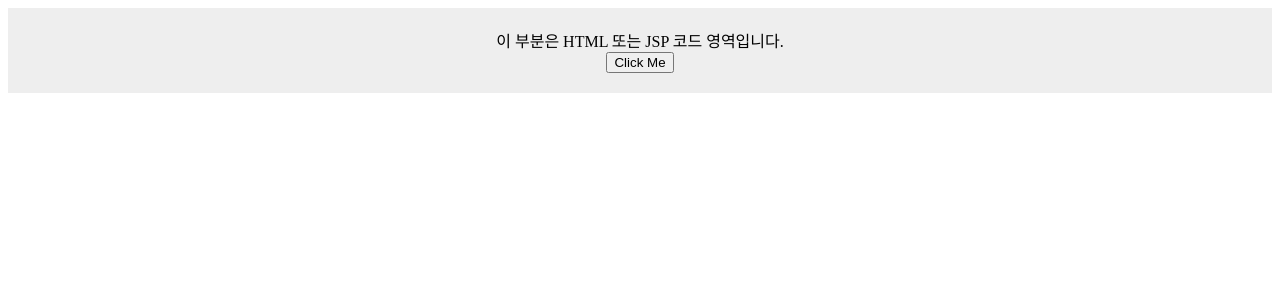
Repository: klic-corp/jsp-react-sample
Page: react/index.html
These files come from the project's save history. The page is drawn as it stood at one moment and after the next save; the edit follows.
The browser window is 1280 px wide. The pictures show the whole page.

Above is the page before, as saved 2025-06-17 15:18:50.
Not found: src/main.jsx

After the next save:
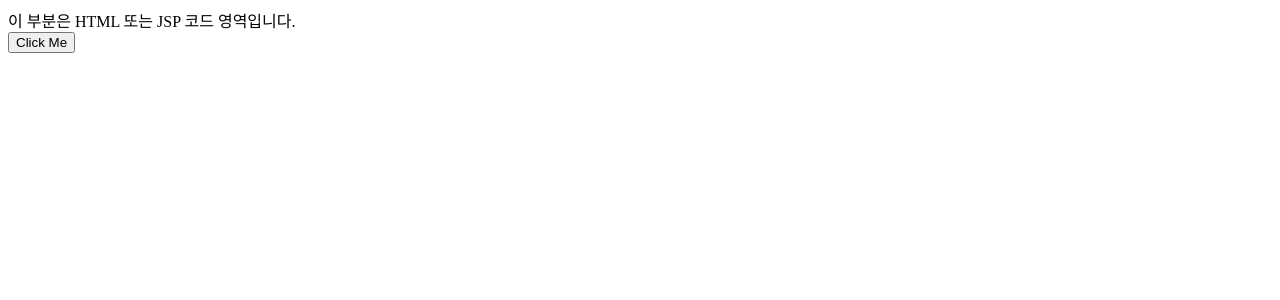
Saved 37 s later.
--- a/react/index.html
+++ b/react/index.html
@@ -5,24 +5,6 @@
   <meta charset="UTF-8" />
   <meta name="viewport" content="width=device-width, initial-scale=1.0" />
   <title>React</title>
-  <style>
-    .main {
-      padding: 20px;
-      background-color: #EEE;
-      text-align: center;
-    }
-
-    xmp {
-      display: block;
-      white-space: pre-wrap;
-      word-wrap: break-word;
-      overflow-x: auto;
-      font-family: monospace;
-      background-color: #f9f9f9;
-      border: 1px solid #ccc;
-      padding: 10px;
-    }
-  </style>
 </head>
 
 <body>
